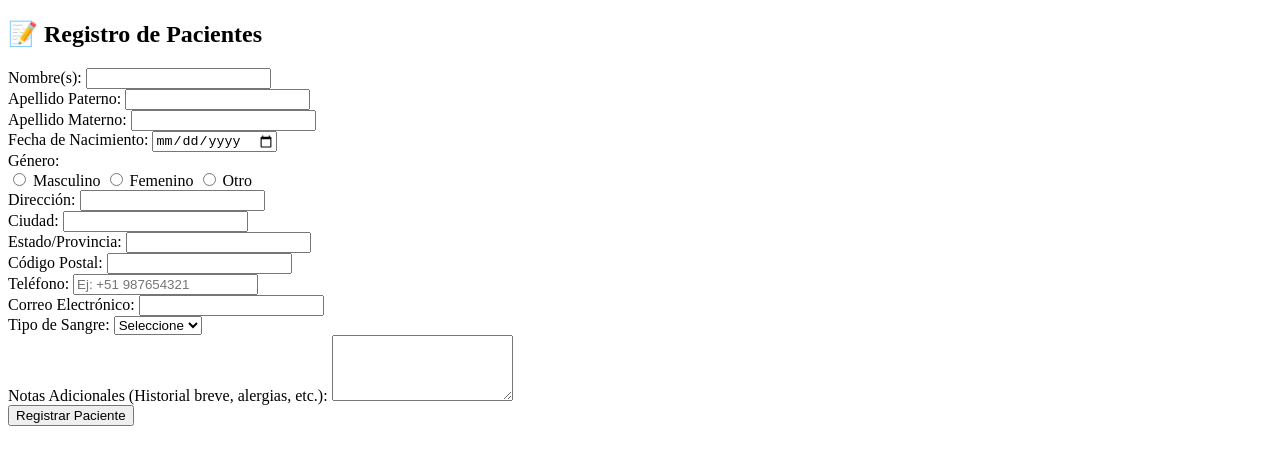
Repository: gatoqliao21/some_of_java2
Page: http://localhost/mi_proyecto_gestion/Registro.jsp
An editor plug-in stored every save of this project. The page is shown before and after the next save, followed by the edit.
The browser window is 1280 px wide. The pictures show the whole page.
The page is served by Tomcat 9.

Above is the page before, as saved 2025-07-22 05:27:28.

### mi_proyecto_gestion/src/main/webapp/Registro.jsp
<%@ page language="java" contentType="text/html; charset=UTF-8"
    pageEncoding="UTF-8"%>
<!DOCTYPE html>
<html>
<head>
<meta charset="UTF-8">
<title>Insert title here</title>
</head>
<body>



    <div class="container">
        <h2>📝 Registro de Pacientes</h2>
        <form action="/submit_patient_data" method="post">
            <div class="form-group">
                <label for="nombre">Nombre(s):</label>
                <input type="text" id="nombre" name="nombre" required>
            </div>
            <div class="form-group">
                <label for="apellidoPaterno">Apellido Paterno:</label>
                <input type="text" id="apellidoPaterno" name="apellidoPaterno" required>
            </div>
            <div class="form-group">
                <label for="apellidoMaterno">Apellido Materno:</label>
                <input type="text" id="apellidoMaterno" name="apellidoMaterno">
            </div>
            <div class="form-group">
                <label for="fechaNacimiento">Fecha de Nacimiento:</label>
                <input type="date" id="fechaNacimiento" name="fechaNacimiento" required>
            </div>
            <div class="form-group">
                <label>Género:</label><br>
                <input type="radio" id="masculino" name="genero" value="M" required>
                <label for="masculino">Masculino</label>
                <input type="radio" id="femenino" name="genero" value="F">
                <label for="femenino">Femenino</label>
                <input type="radio" id="otro" name="genero" value="O">
                <label for="otro">Otro</label>
            </div>
            <div class="form-group">
                <label for="direccion">Dirección:</label>
                <input type="text" id="direccion" name="direccion" required>
            </div>
            <div class="form-group">
                <label for="ciudad">Ciudad:</label>
                <input type="text" id="ciudad" name="ciudad" required>
            </div>
            <div class="form-group">
                <label for="estado">Estado/Provincia:</label>
                <input type="text" id="estado" name="estado" required>
            </div>
            <div class="form-group">
                <label for="codigoPostal">Código Postal:</label>
                <input type="text" id="codigoPostal" name="codigoPostal">
            </div>
            <div class="form-group">
                <label for="telefono">Teléfono:</label>
                <input type="tel" id="telefono" name="telefono" placeholder="Ej: +51 987654321" required>
            </div>
            <div class="form-group">
                <label for="email">Correo Electrónico:</label>
                <input type="email" id="email" name="email">
            </div>
            <div class="form-group">
                <label for="tipoSangre">Tipo de Sangre:</label>
                <select id="tipoSangre" name="tipoSangre">
                    <option value="">Seleccione</option>
                    <option value="A+">A+</option>
                    <option value="A-">A-</option>
                    <option value="B+">B+</option>
                    <option value="B-">B-</option>
                    <option value="AB+">AB+</option>
                    <option value="AB-">AB-</option>
                    <option value="O+">O+</option>
                    <option value="O-">O-</option>
                </select>
            </div>
            <div class="form-group">
                <label for="notas">Notas Adicionales (Historial breve, alergias, etc.):</label>
                <textarea id="notas" name="notas" rows="4"></textarea>
            </div>
            <div class="form-group">
                <button type="submit">Registrar Paciente</button>
            </div>
        </form>
    </div>

</body>
</html>

After the next save:
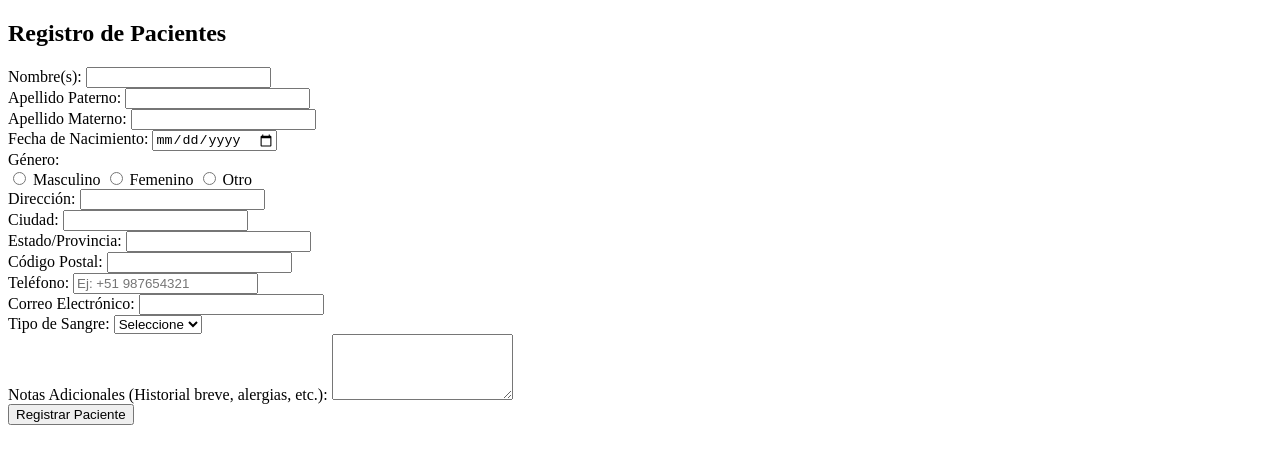
Saved 16 s later.
--- a/mi_proyecto_gestion/src/main/webapp/Registro.jsp
+++ b/mi_proyecto_gestion/src/main/webapp/Registro.jsp
@@ -11,7 +11,7 @@
 
 
     <div class="container">
-        <h2>📝 Registro de Pacientes</h2>
+        <h2>Registro de Pacientes</h2>
         <form action="/submit_patient_data" method="post">
             <div class="form-group">
                 <label for="nombre">Nombre(s):</label>
